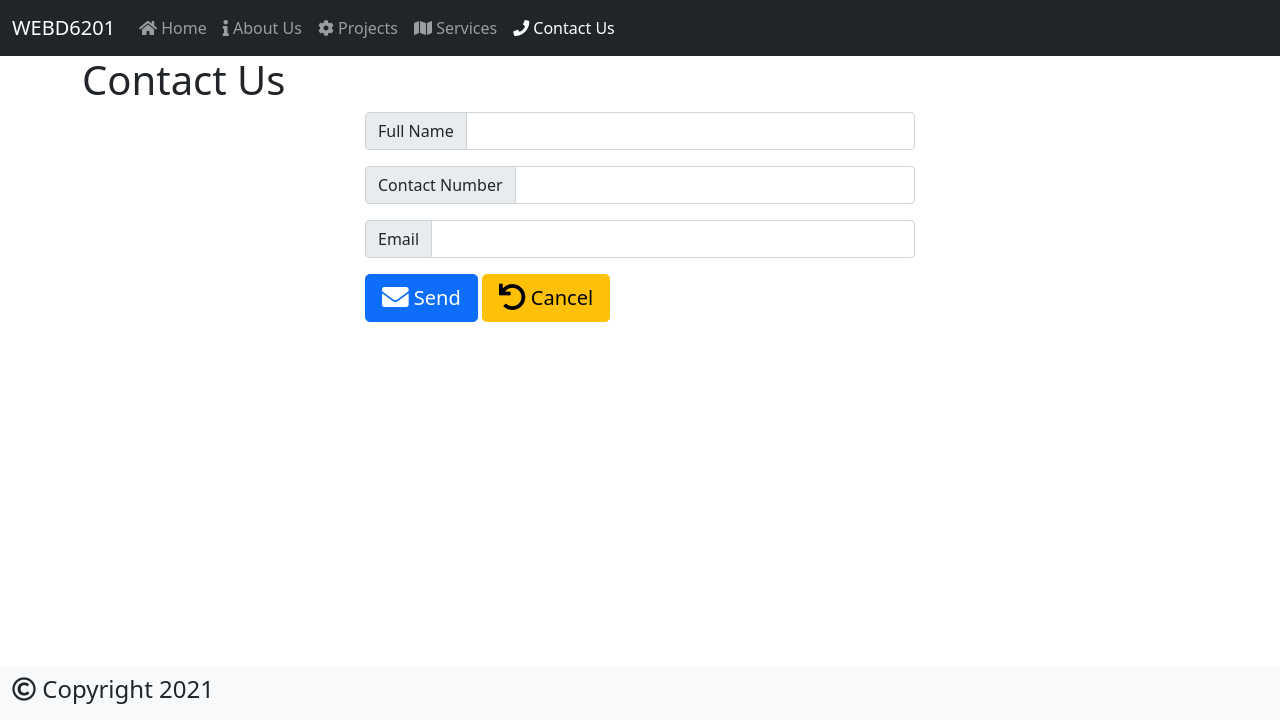
Repository: spencernewellevans/WEBD6201-ICE01
Page: contact.html
An editor plug-in stored every save of this project. The page is shown before and after the next save, followed by the edit.
The browser window is 1280 px wide. The pictures show the whole page.

Above is the page before, as saved 2021-01-22 21:45:42.
Console error: TypeError: document.getElementsById is not a function

### contact.html
<!DOCTYPE html>
<html lang="en">
<head>
    <meta charset="UTF-8">
    <meta name="viewport" content="width=device-width, initial-scale=1.0">
    <title>Contact</title>
    <!-- CSS Section-->
    <link rel="stylesheet" href="./node_modules/bootstrap/dist/css/bootstrap.min.css">
    <link rel="stylesheet" href="./node_modules/@fortawesome/fontawesome-free/css/all.min.css">
    <link rel="stylesheet" href="./Content/app.css">
</head>
<body>
    <!-- Main Header -->
    <header>
        <!-- Main Navigation -->
        <nav class="navbar navbar-expand-lg navbar-dark bg-dark">
            <div class="container-fluid">
              <a class="navbar-brand" href="#=index.html">WEBD6201</a>
              <button class="navbar-toggler" type="button" data-bs-toggle="collapse" data-bs-target="#navbarSupportedContent" aria-controls="navbarSupportedContent" aria-expanded="false" aria-label="Toggle navigation">
                <span class="navbar-toggler-icon"></span>
              </button>
              <div class="collapse navbar-collapse" id="navbarSupportedContent">
                <ul class="navbar-nav me-auto mb-2 mb-lg-0">
                  <li class="nav-item">
                    <a class="nav-link" aria-current="page" href="index.html"><i class="fas fa-home fa-large"></i> Home</a>
                  </li>

                  <li class="nav-item">
                    <a class="nav-link" aria-current="page" href="about.html"><i class="fas fa-info fa-large"></i> About Us</a>
                  </li>

                  <li class="nav-item">
                    <a class="nav-link" aria-current="page" href="projects.html"><i class="fas fa-cog fa-large"></i> Projects</a>
                  </li>

                  <li class="nav-item">
                    <a class="nav-link" aria-current="page" href="services.html"><i class="fas fa-map fa-large"></i> Services</a>
                  </li>

                  <li class="nav-item">
                    <a class="nav-link active" aria-current="page" href="contact.html"><i class="fas fa-phone fa-large"></i> Contact Us</a>
                  </li>
                </ul>
              </div>
            </div>
          </nav>
    </header>

    <!-- Main Content -->
    <main class="container">
        <h1>Contact Us</h1>
        <div id="messageArea"></div>

        <div class="row justify-content-md-center g-3">
          <form class="col-lg-6 col-md-8 col-sm-10">

            <div class="input-group mb-3">
              <span class="input-group-text" id="inputGroup-sizing-default">Full Name</span>
              <input id="fullName" type="text" class="form-control" aria-label="Full name" aria-describedby="Full Name input" name="fullName" required>
            </div>

            <div class="input-group mb-3">
              <span class="input-group-text" id="inputGroup-sizing-default">Contact Number</span>
              <input id="contactNumber" type="tel" class="form-control" aria-label="Contact Number" aria-describedby="Contact Number Input" name="contactNumber" required>
            </div>

            <div class="input-group mb-3">
              <span class="input-group-text" id="inputGroup-sizing-default">Email</span>
              <input id="emailAddress" type="email" class="form-control" aria-label="Email Address" aria-describedby="Email Address Input" name="emailAddress" required>
            </div>

            <button type="submit" class="btn btn-primary btn-lg"><i class="fas fa-envelope fa-lg"></i> Send</button>
            <button type="reset" class="btn btn-warning btn-lg"><i class="fas fa-undo fa-lg"></i> Cancel</button>
          </form>
        </div>


    </main>

    <!-- Main Footer -->
    <footer>
        <nav class="navbar fixed-bottom navbar-light bg-light">
            <div class="container-fluid">
              <h4><i class="far fa-copyright fa-large"></i> Copyright 2021</h4>
            </div>
          </nav>
    </footer>

    <!-- Script Section -->
    <script src="./node_modules/jquery/dist/jquery.min.js"></script>
    <script src="./node_modules/bootstrap/dist/js/bootstrap.bundle.min.js"></script>
    <script src="./Scripts/app.js"></script>
</body>
</html>

### content/app.css
/* Custom CSS goes here */

### scripts/app.js
/* Custom JavaScript goes here */

// IIFE - Immediately Invoked Function Expression
// Anonymous self-executing expression
// limits scope leak

"use strict";

(function()
{
    function displayHome()
    {
        let paragraphOneText = "This is a simple site to demonstrate DOM manipulation for ICE 1";

        let paragraphOneElement = document.getElementById("paragraphOne");

        paragraphOneElement.textContent = paragraphOneText;
        paragraphOneElement.className = "fs-5"

        // CREATION
        // Step 1. create the element
        let newParagraph = document.createElement("p");
        // Step 2. configure the element
        newParagraph.setAttribute("id","paragraphTwo");
        newParagraph.textContent = "...And this is paragraph two"
        // Step 3. select parent element
        let mainContent = document.getElementsByTagName("main")[0];
        // Step 3. insert the element
        mainContent.appendChild(newParagraph);
        newParagraph.className = "fs-6";

        let paragraphDiv = document.createElement("div");
        let paragraphThree =  `<p id="paragraphThree" class="fs-7 fw-bold">And this is the third paragraph</p>`;
        paragraphDiv.innerHTML = paragraphThree;

        // INSERTION
        // insertion before a node example
        //newParagraph.before(paragraphDiv);

        // insertion after a node example
        newParagraph.after(paragraphDiv);

        // DELETION
        // example of removing a single element
        //paragraphOneElement.remove();

        // removeChild example
        mainContent.removeChild(paragraphOneElement);

        // MODIFICATION
        //mainContent.firstElementChild.textContent = "Welcome Home!"
        mainContent.innerHTML =
        `<h1 id="firstHeading">Welcome to WEBD6201 - Lab 1</h1>
        <p id="paragraphOne" class="fs-3">This is the first paragraph</p>
        `;
    }

    function displayAbout()
    {

    }

    function displayProjects()
    {

    }

    function displayServices()
    {

    }

    function displayContact()
    {
        let messageArea = document.getElementsById("messageArea");
        messageArea.hidden = true;

        //form validation

        let fullName = document.getElementById("fullName");
        fullName.addEventListener("blur", function(){
            if(fullName.value.length < 2)
            {
                fullName.focus();
            }

        });
    }

    function Start()
    {
        console.log("App Started...");

        switch (document.title)
        {
          case "Home":
            displayHome();
            break;
          case "About":
            displayAbout();
            break;
          case "Projects":
            displayProjects();
            break;
          case "Services":
            displayServices();
            break;
          case "Contact":
            displayContact();
            break;
        }



    }

    window.addEventListener("load", Start);

})();

Loaded but not shown: node_modules/bootstrap/dist/css/bootstrap.min.css (library); node_modules/@fortawesome/fontawesome-free/css/all.min.css (library); node_modules/jquery/dist/jquery.min.js (library); node_modules/bootstrap/dist/js/bootstrap.bundle.min.js (library)

After the next save:
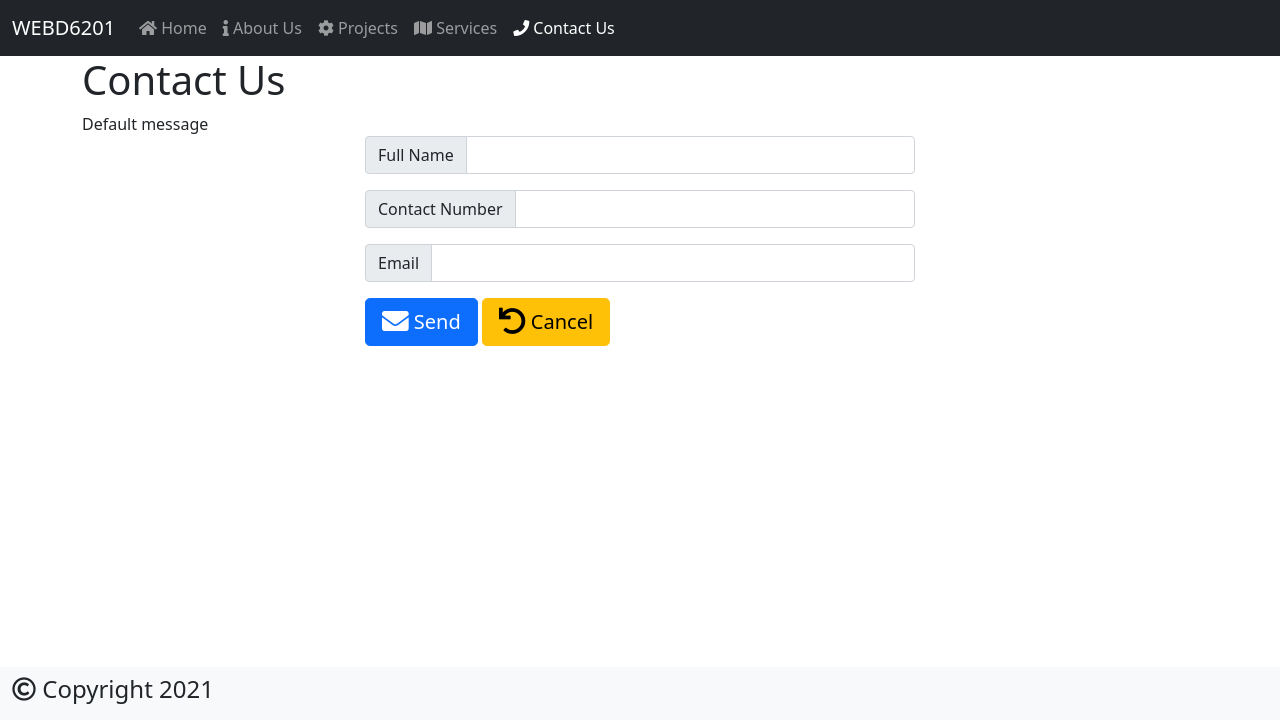
Saved 38 s later.
--- a/contact.html
+++ b/contact.html
@@ -49,7 +49,7 @@
     <!-- Main Content -->
     <main class="container">
         <h1>Contact Us</h1>
-        <div id="messageArea"></div>
+        <div id="messageArea">Default message</div>
 
         <div class="row justify-content-md-center g-3">
           <form class="col-lg-6 col-md-8 col-sm-10">
